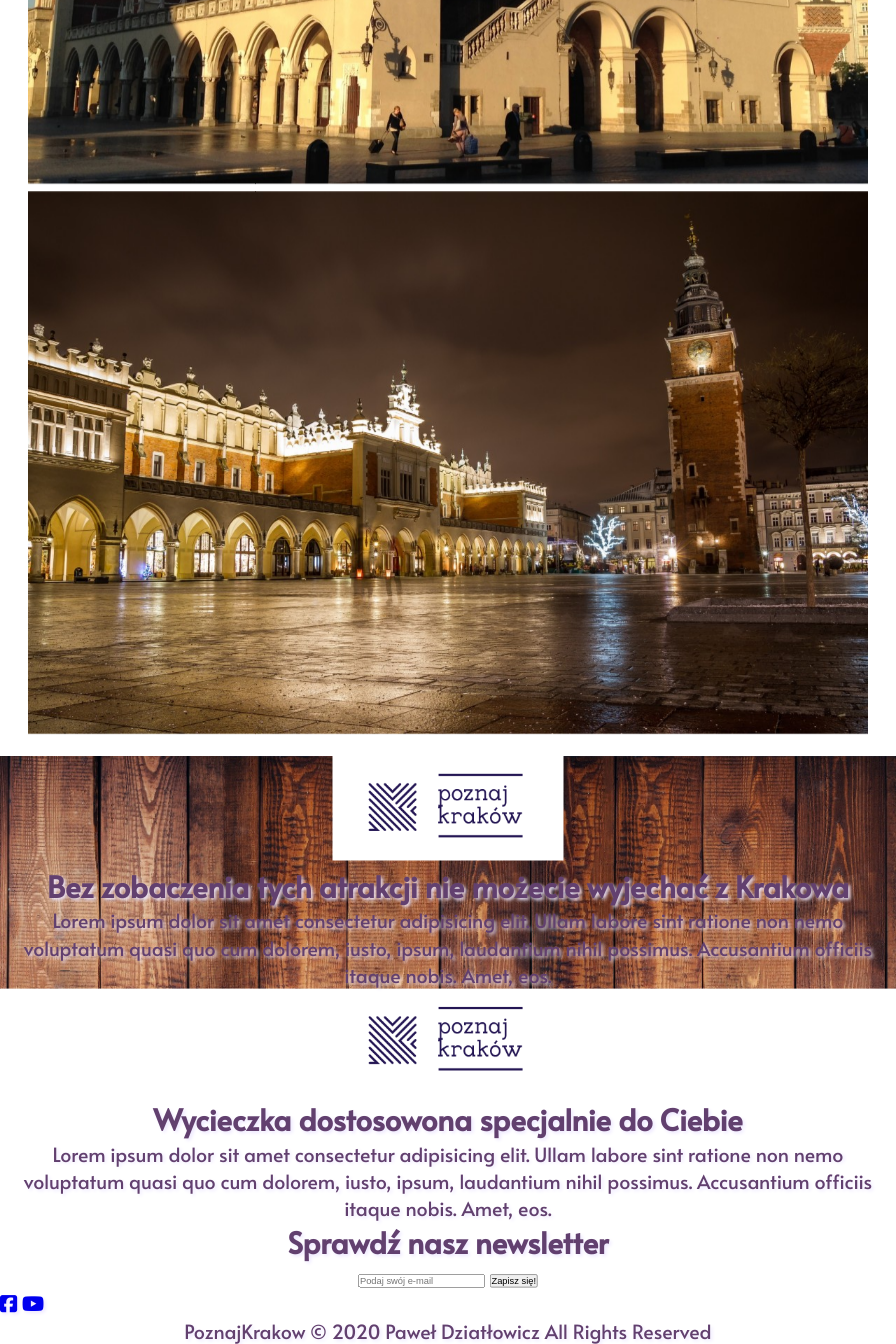
Repository: DZIALEK/projekt1
Page: projekt1.html
An editor plug-in stored every save of this project. The page is shown before and after the next save, followed by the edit.
The browser window is 1280 px wide. The pictures show the part of the page from y = 2626 to 4546 px (the page is 4546 px tall before and 4540 px after), at 70% of full size.
Some icons come from a web library that is not loaded, so they are not drawn. A picture or video elsewhere on the page could not be fetched, so the positions and the page height are approximate. Some web libraries are served in a nearby version.

Above is the page before, as saved 2020-07-15 00:14:01.

After the next save:
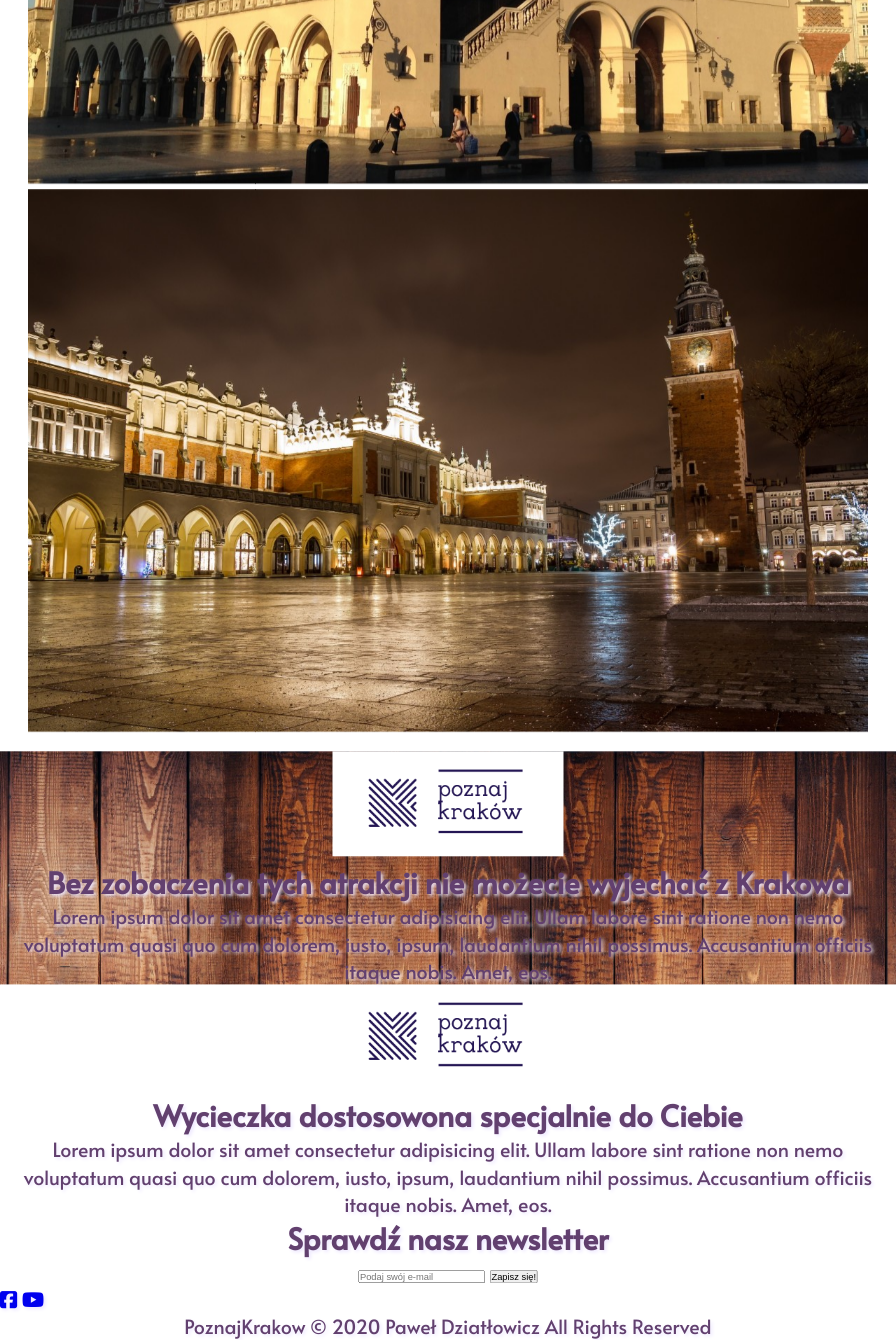
Saved 79 s later.
--- a/projekt1.css
+++ b/projekt1.css
@@ -118,7 +118,7 @@ nav a:hover {
     margin-bottom: 50px;
 }
 
-.section-welcome2  {
+.section-welcome h1  {
     margin-bottom: 60px;
     font-size: 40px;
     color: greenyellow;
